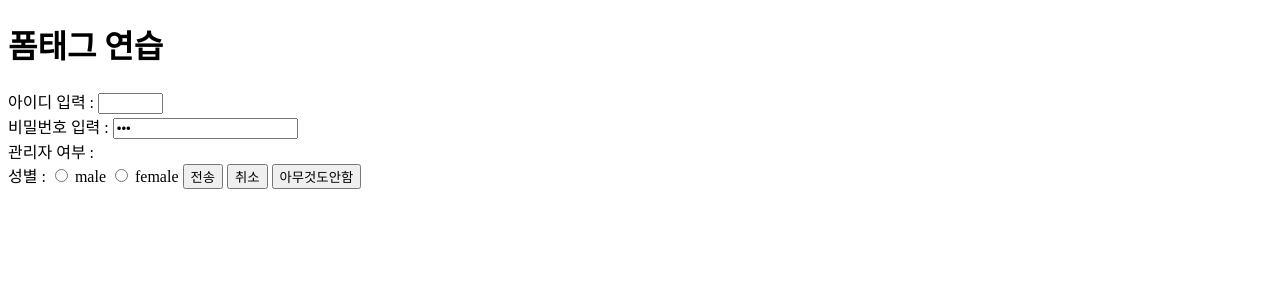
Repository: younseochoi/AI_PLATFORM
Page: my_code/03_web/html/src/main/webapp/formtag1.html
The author's editor kept a copy of each file at every save. The page is drawn from the files as they stood at one save, then again after the next save.
The browser window is 1280 px wide. The pictures show the whole page.

Above is the page before, as saved 2022-07-22 02:21:53.

### my_code/03_web/html/src/main/webapp/formtag1.html
<!DOCTYPE html>
<html>
<head>
<meta charset="UTF-8">
<title>Insert title here</title>
</head>
<body>
<h1>폼태그 연습 </h1>
<form action="a.jsp">
	아이디 입력 : <input type = 'text' name="id" size='5' maxlength='3'><br>
	비밀번호 입력 : <input type = 'password' name='pw' value='기본값'> <br>
	관리자 여부 : <input type='hidden' name="admin" value= true> <br>
	성별 : <input type='radio' name="gender" value= "남자"> male
			<input type='radio' name="gender" value= "여자"> female
	<input type = 'submit' value= "전송"> <!-- 버튼, 기능내장, action 속성파일로 전송기능 -->
	<input type = 'reset' value ="취소"> <!-- 버튼, 기능내장, 입력내용 지우고 현재 파일에 머물러있음. -->
	<input type= 'button' value="아무것도안함"> <!-- 버튼, 기능내장 x ,기능 사용자 정의 (자바스크립트) -->

</form>
<!-- 키보드 입력하면 입력내용을 id 변수에 저장해 a.jsp 파일로 전송 -->
</body>
</html>

After the next save:
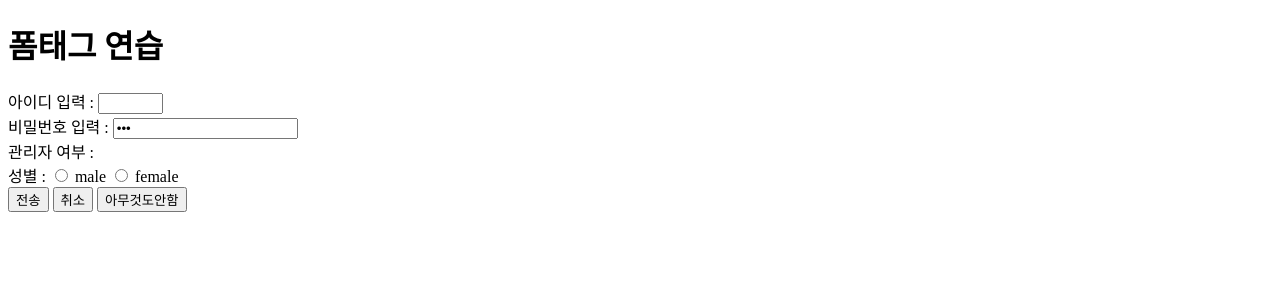
Saved 100 s later.
--- a/my_code/03_web/html/src/main/webapp/formtag1.html
+++ b/my_code/03_web/html/src/main/webapp/formtag1.html
@@ -11,7 +11,7 @@
 	비밀번호 입력 : <input type = 'password' name='pw' value='기본값'> <br>
 	관리자 여부 : <input type='hidden' name="admin" value= true> <br>
 	성별 : <input type='radio' name="gender" value= "남자"> male
-			<input type='radio' name="gender" value= "여자"> female
+			<input type='radio' name="gender" value= "여자"> female<br>
 	<input type = 'submit' value= "전송"> <!-- 버튼, 기능내장, action 속성파일로 전송기능 -->
 	<input type = 'reset' value ="취소"> <!-- 버튼, 기능내장, 입력내용 지우고 현재 파일에 머물러있음. -->
 	<input type= 'button' value="아무것도안함"> <!-- 버튼, 기능내장 x ,기능 사용자 정의 (자바스크립트) -->
